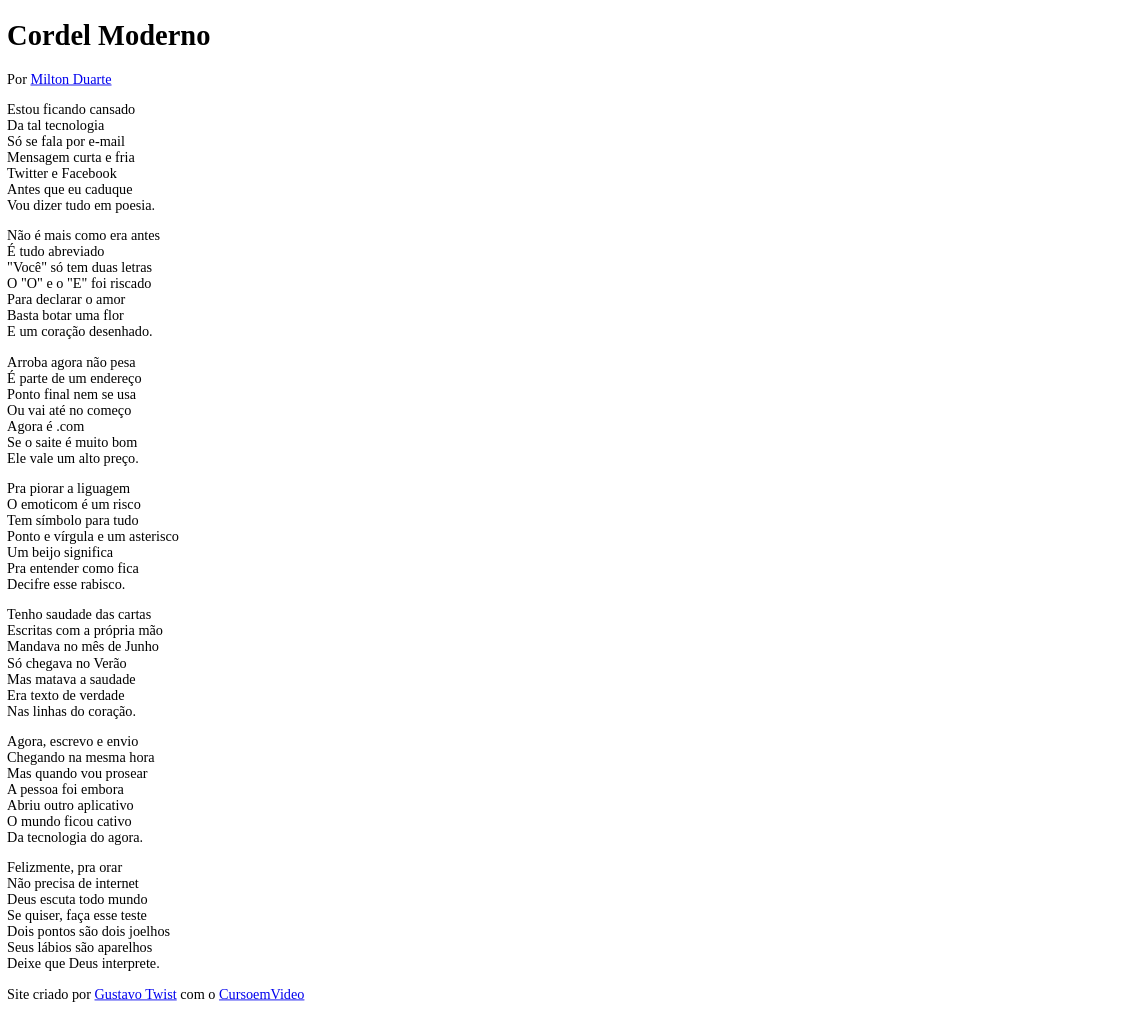
Repository: gustavotwist/projeto-cordel
Page: index.html
An editor plug-in stored every save of this project. The page is shown before and after the next save, followed by the edit.
The browser window is 1280 px wide. The pictures show the whole page, at 89% of full size.

Above is the page before, as saved 2024-04-15 21:46:48.

After the next save:
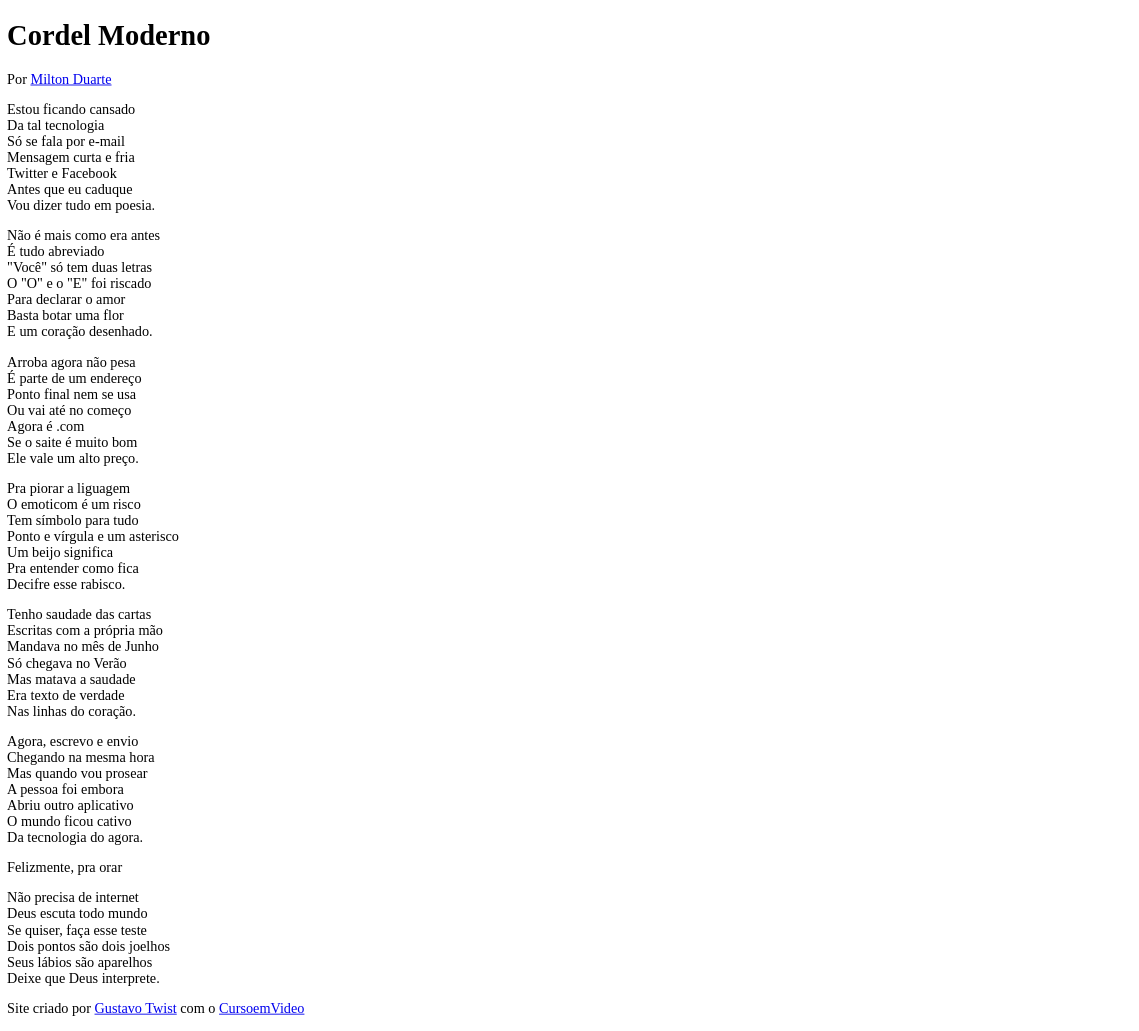
Saved 24 s later.
--- a/index.html
+++ b/index.html
@@ -85,12 +85,14 @@
         </p>
 
         Felizmente, pra orar <br>
-        Não precisa de internet <br>
-        Deus escuta todo mundo <br>
-        Se quiser, faça esse teste <br>
-        Dois pontos são dois joelhos <br>
-        Seus lábios são aparelhos <br>
-        Deixe que Deus interprete.
+        <p>
+            Não precisa de internet <br>
+            Deus escuta todo mundo <br>
+            Se quiser, faça esse teste <br>
+            Dois pontos são dois joelhos <br>
+            Seus lábios são aparelhos <br>
+            Deixe que Deus interprete.
+        </p>
     </section>
 
     <footer>

After the save that followed:
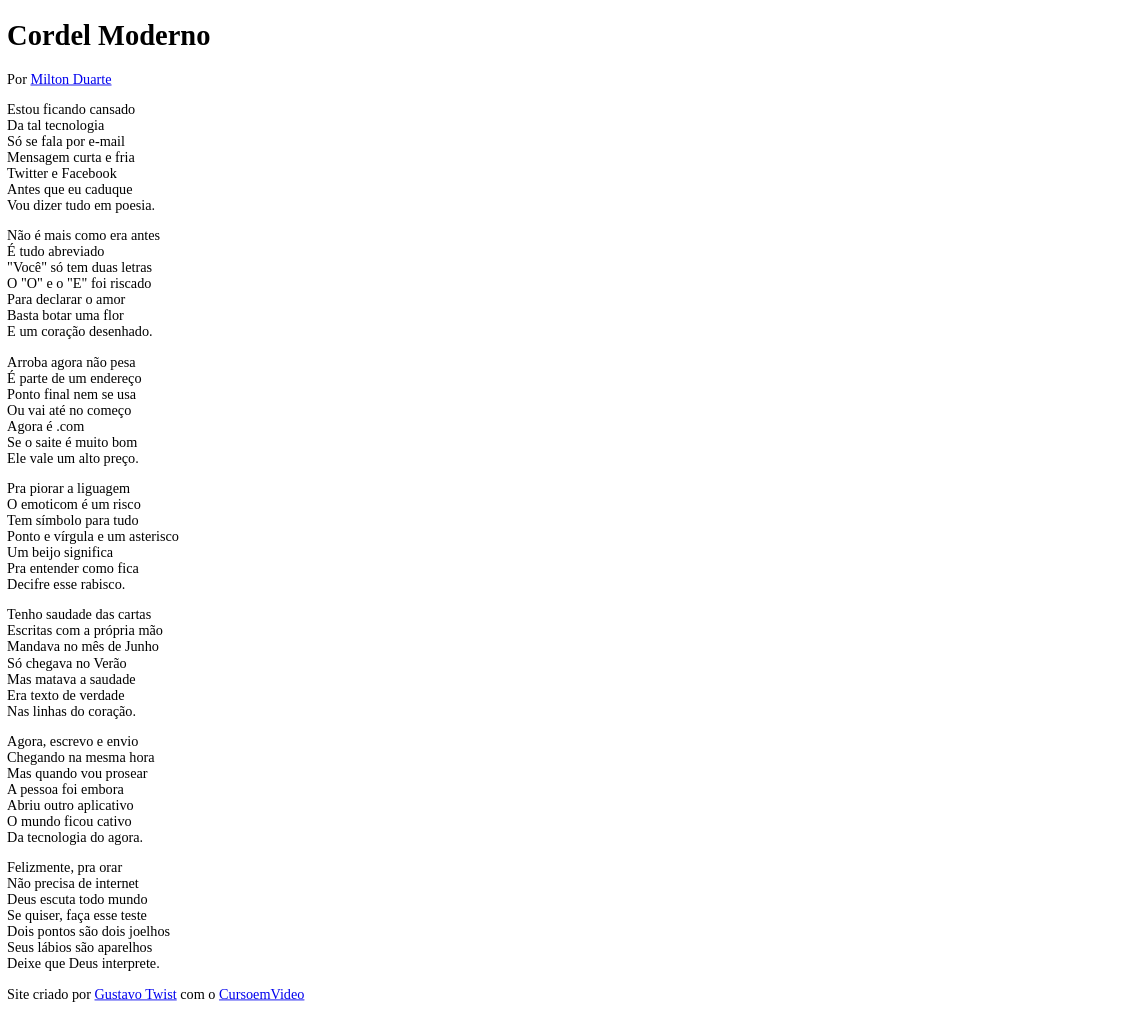
Saved 2 min 7 s later.
--- a/index.html
+++ b/index.html
@@ -84,8 +84,8 @@
             Da tecnologia do agora.
         </p>
 
-        Felizmente, pra orar <br>
-        <p>
+
+        <p>Felizmente, pra orar <br>
             Não precisa de internet <br>
             Deus escuta todo mundo <br>
             Se quiser, faça esse teste <br>
